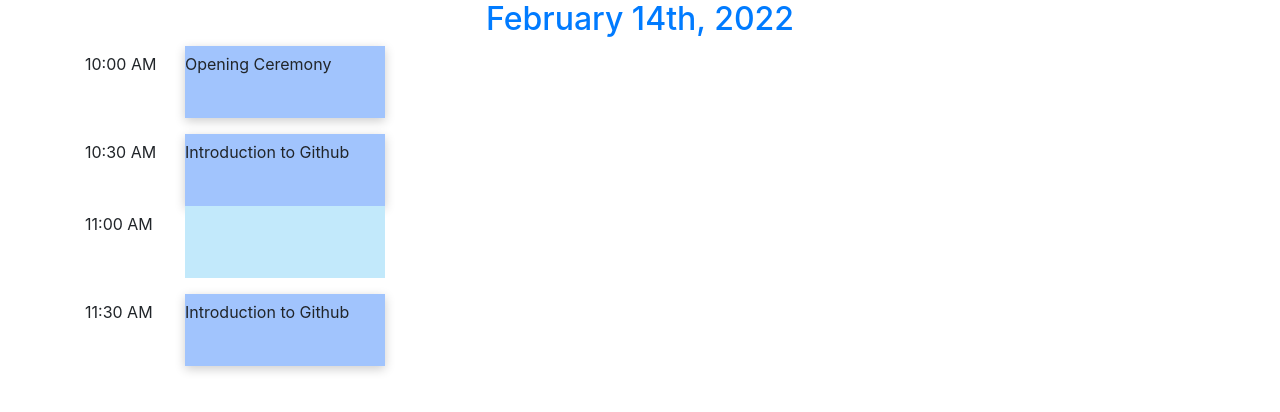
Repository: BaileyLuu/yuHacks2022
Page: public/schedule.html
The author's editor kept a copy of each file at every save. The page is drawn from the files as they stood at one save, then again after the next save.
The browser window is 1280 px wide. The pictures show the whole page.
Some web libraries are served in a nearby version.

Above is the page before, as saved 2021-11-20 13:21:56.

### public/schedule.html
<!DOCTYPE html>
<html lang="en">

<head>
    <meta charset="UTF-8">
    <meta http-equiv="X-UA-Compatible" content="IE=edge">
    <meta name="viewport" content="width=device-width, initial-scale=1.0">

    <script src="https://ajax.googleapis.com/ajax/libs/jquery/3.5.1/jquery.min.js"></script>

    <!-- Popper JS -->
    <script src="https://cdnjs.cloudflare.com/ajax/libs/popper.js/1.12.9/umd/popper.min.js"
        integrity="sha384-ApNbgh9B+Y1QKtv3Rn7W3mgPxhU9K/ScQsAP7hUibX39j7fakFPskvXusvfa0b4Q"
        crossorigin="anonymous"></script>

    <!-- Latest compiled JavaScript -->
    <script src="https://maxcdn.bootstrapcdn.com/bootstrap/4.0.0/js/bootstrap.min.js"
        integrity="sha384-JZR6Spejh4U02d8jOt6vLEHfe/JQGiRRSQQxSfFWpi1MquVdAyjUar5+76PVCmYl"
        crossorigin="anonymous"></script>

    <!-- Latest compiled and minified CSS -->
    <link rel="stylesheet" href="https://maxcdn.bootstrapcdn.com/bootstrap/4.0.0/css/bootstrap.min.css"
        integrity="sha384-Gn5384xqQ1aoWXA+058RXPxPg6fy4IWvTNh0E263XmFcJlSAwiGgFAW/dAiS6JXm" crossorigin="anonymous">

    <!-- AOS CSS Library CDN -->
    <link href="https://unpkg.com/aos@2.3.1/dist/aos.css" rel="stylesheet">
    <!-- Bootstrap Icons -->
    <link rel="stylesheet" href="https://cdn.jsdelivr.net/npm/bootstrap-icons@1.7.0/font/bootstrap-icons.css">



    <script src="https://code.jquery.com/jquery-3.2.1.slim.min.js"
        integrity="sha384-KJ3o2DKtIkvYIK3UENzmM7KCkRr/rE9/Qpg6aAZGJwFDMVNA/GpGFF93hXpG5KkN"
        crossorigin="anonymous"></script>
    <link rel="stylesheet" href="./schedule.css">
    <script src="schedule.js"></script>
    <script src="https://ajax.googleapis.com/ajax/libs/jquery/3.3.1/jquery.min.js"></script>
    <title>yuHacks Schedule</title>
</head>

<body>
    <section class="">
        <div class="container">
            <h2 class="text-primary title text-center">February 14th, 2022</h1>

                <!-- <div class="row row-cols-2">
          <div class="col">Column</div>
          <div class="col">Column</div>
          <div class="col">Column</div>
          <div class="col">Column</div>
          <div class="col">Column</div>
          <div class="col">Column</div>

        </div>
        <div class="row row-cols-2">
            <div class="col">Column</div>
            <div class="col">Column</div>
            <div class="col">Column</div>
            <div class="col">Column</div>
            <div class="col">Column</div>
            <div class="col">Column</div>

          </div> -->
                <div class="schedule-table">



                    <div class="box schedule-time mb-3">
                        <div class="schedule-time" style="width: 100px;">10:00 AM</div>
                        <div class="session-box schedule-time">Opening Ceremony</div>

                    </div>
                    <div class="box schedule-time">
                        <div class="schedule-time" style="width: 100px;">10:30 AM</div>
                        <div class="session-box schedule-time">Introduction to Github</div>

                    </div>
                    <div class="box schedule-time mb-3">
                        <div class="schedule-time" style="width: 100px;">11:00 AM</div>
                        <div class="extra-time schedule-time"></div>

                    </div>
                    <div class="box schedule-time">
                        <div class="schedule-time" style="width: 100px;">11:30 AM</div>
                        <div class="session-box schedule-time">Introduction to Github</div>

                    </div>

                    <!-- <div class="col-md-8">
              <div>Introduction to Github</div>
              <div></div>
              <div>Introduction to Bootstrap</div>
          </div> -->

                </div>
        </div>
    </section>

    <script src="https://cdnjs.cloudflare.com/ajax/libs/jquery/3.6.0/jquery.min.js"
        integrity="sha512-894YE6QWD5I59HgZOGReFYm4dnWc1Qt5NtvYSaNcOP+u1T9qYdvdihz0PPSiiqn/+/3e7Jo4EaG7TubfWGUrMQ=="
        crossorigin="anonymous" referrerpolicy="no-referrer"></script>
    <!-- Option 1: Bootstrap Bundle with Popper -->
    <script src="https://cdn.jsdelivr.net/npm/bootstrap@5.1.3/dist/js/bootstrap.bundle.min.js"
        integrity="sha384-ka7Sk0Gln4gmtz2MlQnikT1wXgYsOg+OMhuP+IlRH9sENBO0LRn5q+8nbTov4+1p"
        crossorigin="anonymous"></script>

    <script src="https://unpkg.com/aos@2.3.1/dist/aos.js"></script>
    <script>
        AOS.init({
            offset: 500,
            duration: 800,
            once: true,
        }

        );
    </script>
</body>

</html>

### public/schedule.css
/* body {
    background-color: #141c3c;
  } */

.schedule-time{
  display:flex;
  flex-direction: column;
  width: 200px;
  height:10vh;
  box-sizing: border-box;
  z-index: 50;
  line-height: 5vh;
  flex-wrap: wrap;
}
.session-box{
  /* background-image: linear-gradient(120deg, #a1c4fd 0%, #c2e9fb 100%); */
  background-color:#a1c4fd;
  box-shadow: 0 3px 10px rgb(0 0 0 / 0.2);
  position:relative;
  flex-wrap: wrap;
}
.extra-time{
  background-image: linear-gradient(180deg, #c2e9fb 100%, #a1c4fd 100%);
  /* box-shadow: 0 3px 10px rgb(0 0 0 / 0.2); */
  position:relative;
  flex-wrap: wrap;
  border:0;
}
.empty-box{
  background-image: white;
  box-shadow: 0 3px 10px rgb(0 0 0 / 0.2);
  position:relative;
  flex-wrap: wrap;
}
.schedule-table{
  display:flex;
  flex-direction:column;

}
/* .box>* {
  flex: 1 1 70px;
} */

Loaded but not shown: public/schedule.js (no copy from this time; the picture is the same without it)

After the next save:
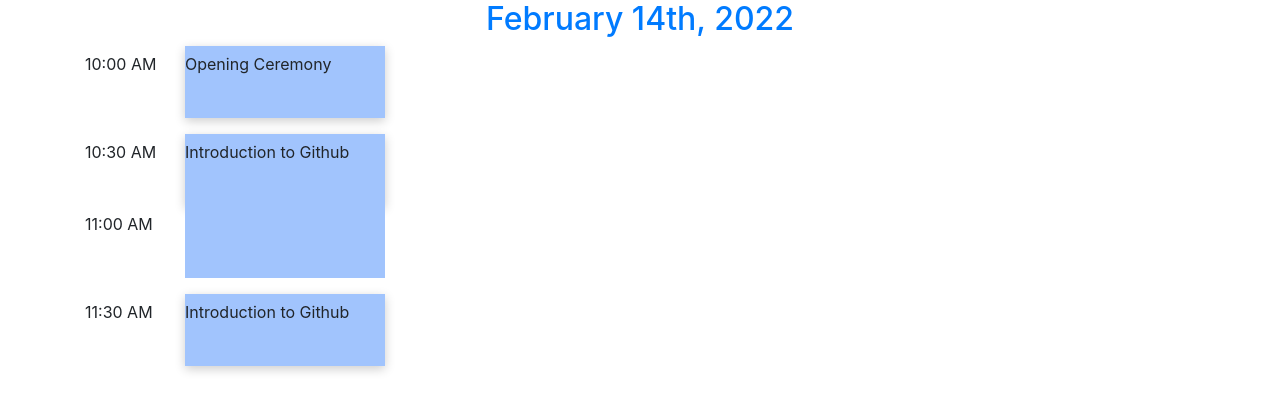
Saved 17 s later.
--- a/public/schedule.css
+++ b/public/schedule.css
@@ -20,7 +20,8 @@
   flex-wrap: wrap;
 }
 .extra-time{
-  background-image: linear-gradient(180deg, #c2e9fb 100%, #a1c4fd 100%);
+  /* background-image: linear-gradient(180deg, #c2e9fb 100%, #a1c4fd 100%); */
+  background-color:#a1c4fd;
   /* box-shadow: 0 3px 10px rgb(0 0 0 / 0.2); */
   position:relative;
   flex-wrap: wrap;
